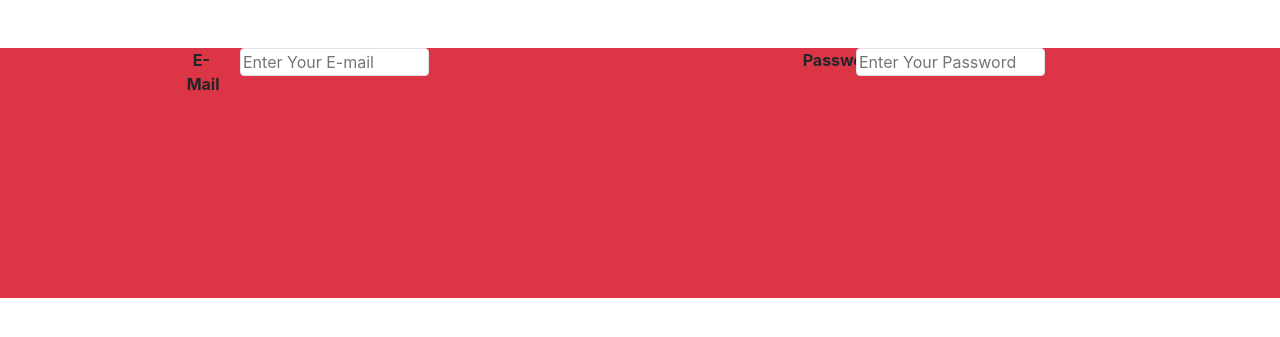
Repository: mariamkhaledsapra/E-Commerce-main
Page: /login
The author's editor kept a copy of each file at every save. The page is drawn from the files as they stood at one save, then again after the next save.
The browser window is 1280 px wide. The pictures show the whole page.
The project was rebuilt for these pictures with package versions that can differ from the ones it lists, and the page was loaded fresh each time. Also part of the build but not shown: src/components/Navbar.jsx.

Above is the page before, as saved 2024-02-13 21:42:16.

### public/index.html
<!DOCTYPE html>
<html lang="en">
  <head>
    <meta charset="utf-8" />
    <link rel="icon" href="%PUBLIC_URL%/favicon.ico" />
    <meta name="viewport" content="width=device-width, initial-scale=1" />
    <meta name="theme-color" content="#000000" />
    <meta
      name="description"
      content="Web site created using create-react-app"
    />
    <link href="https://cdn.jsdelivr.net/npm/bootstrap@5.1.3/dist/css/bootstrap.min.css" rel="stylesheet" integrity="sha384-1BmE4kWBq78iYhFldvKuhfTAU6auU8tT94WrHftjDbrCEXSU1oBoqyl2QvZ6jIW3" crossorigin="anonymous">

    <title>React App</title>
  </head>
  <body>
    <div id="root"></div>
  </body>
</html>

### src/index.js
import React from "react";
import ReactDOM from "react-dom/client";
import "./index.css";
import App from "./App";
import reportWebVitals from "./reportWebVitals";
import { createBrowserRouter, RouterProvider } from "react-router-dom";
import Login from "./components/Login";
import Navbar from "./components/Navbar";

const Routes = createBrowserRouter([
  {
    path: "/",
    element: <App />,
    children: [
      {
        index:true,
        element: <Navbar />,
      },
      {
        path: "/login",
        element: <Login />,
      },
    ],
  },
]);

const root = ReactDOM.createRoot(document.getElementById("root"));
root.render(
  <RouterProvider router={Routes}>
    <App />
  </RouterProvider>
);

reportWebVitals();

### src/App.js
import logo from './logo.svg';
import './App.css';
import Navbar from './components/Navbar';
import { Outlet } from 'react-router-dom';

function App() {
  return (
    <div className="App">
      <Outlet/>
    </div>
  );
}

export default App;

### src/components/Login.jsx
import React from "react";

const Login = () => {
  return (
    <div className="bg-danger d-flex mt-5" style={{ height: "250px" }}>
      {" "}
      <div className="mb-3 col-6 row d-flex justify-content-center">
        <label className="fw-bolder col-1">E-Mail</label>
        <div className="col-4">
          <input
            type="email"
            placeholder="Enter Your E-mail"
            className="w-100 border rounded"
          />
        </div>
      </div>
    <div className="mb-3 col-6 row d-flex justify-content-center">
        <label className="fw-bolder col-1">Password</label>
        <div className="col-4">
          <input
            type="password"
            placeholder="Enter Your Password"
            className="w-100 border rounded"
          />
        </div>
      </div>
    </div>
  );
};

export default Login;

Loaded but not shown: src/index.css (common file); src/reportWebVitals.js (common file); src/App.css (common file)

After the next save:
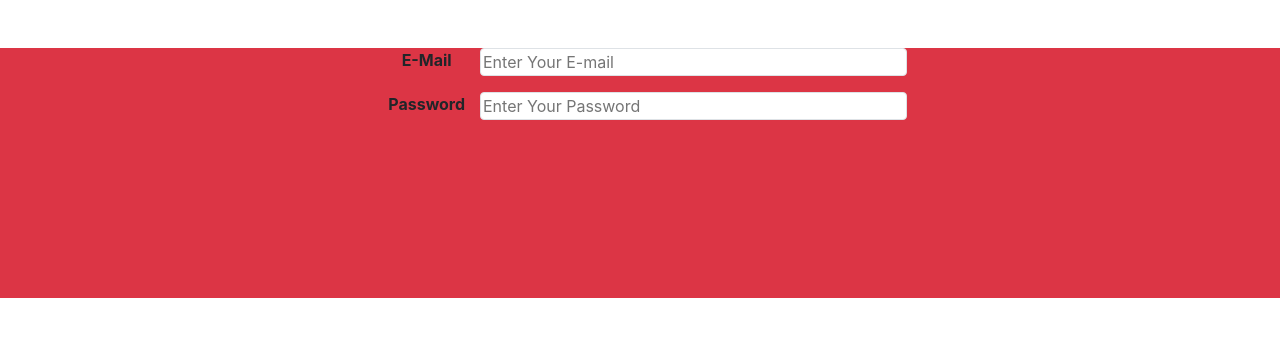
Saved 14 s later.
--- a/src/components/Login.jsx
+++ b/src/components/Login.jsx
@@ -2,9 +2,9 @@ import React from "react";
 
 const Login = () => {
   return (
-    <div className="bg-danger d-flex mt-5" style={{ height: "250px" }}>
+    <div className="bg-danger  mt-5" style={{ height: "250px" }}>
       {" "}
-      <div className="mb-3 col-6 row d-flex justify-content-center">
+      <div className="mb-3  d-flex justify-content-center">
         <label className="fw-bolder col-1">E-Mail</label>
         <div className="col-4">
           <input
@@ -14,7 +14,7 @@ const Login = () => {
           />
         </div>
       </div>
-    <div className="mb-3 col-6 row d-flex justify-content-center">
+      <div className="mb-3  d-flex justify-content-center">
         <label className="fw-bolder col-1">Password</label>
         <div className="col-4">
           <input
